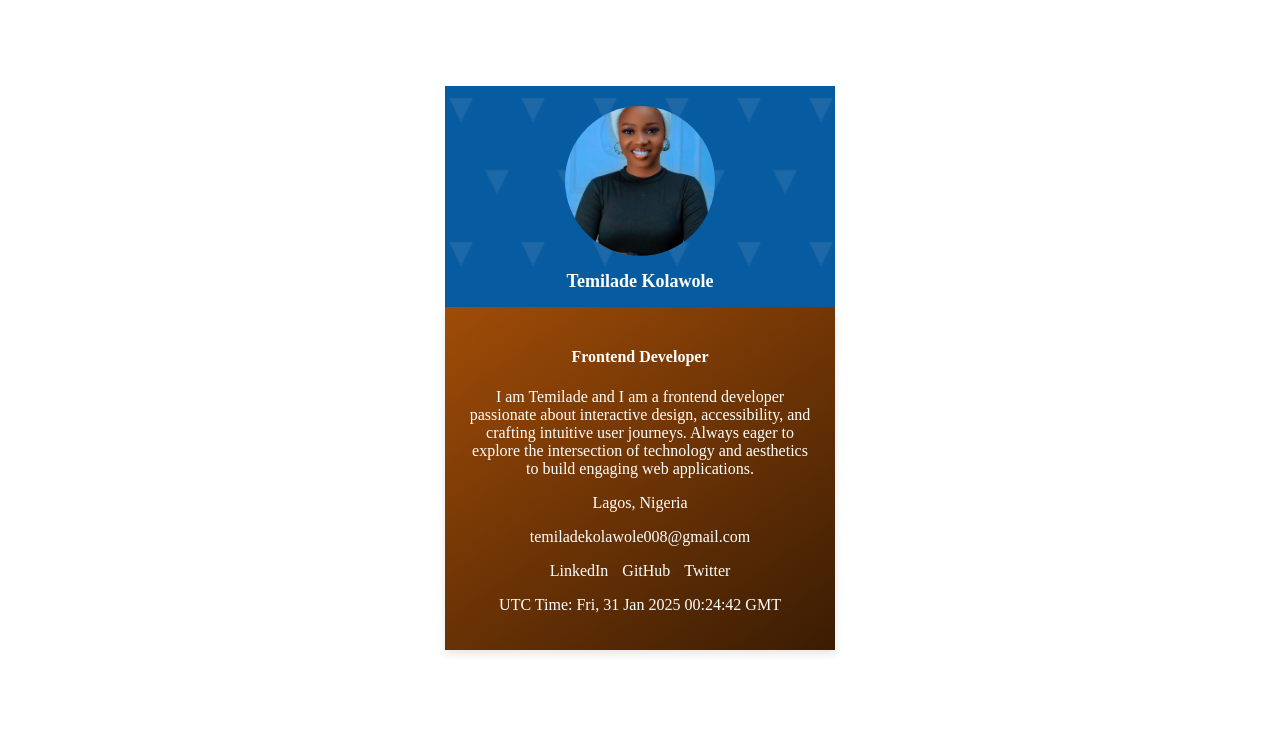
Repository: KolawoleTemilade/ticket-guarantor
Page: profilecard/index..html
The author's editor kept a copy of each file at every save. The page is drawn from the files as they stood at one save, then again after a run of saves.
The browser window is 1280 px wide. The pictures show the whole page.

Above is the page before, as saved 2025-02-05 00:39:26.

### profilecard/index..html
<!DOCTYPE html>
<html lang="en">
<head>
    <meta charset="UTF-8">
    <meta name="viewport" content="width=device-width, initial-scale=1.0">
    <title>Profile Card</title>
    <link rel="stylesheet" href="style.css">
</head>
<body>
    <section class=" " >
        <div class="background" style="background-image: url('./asset/bgo.svg');">
            <img src="./asset/profile.jpg" alt="Profile Picture" data-testid="profilePicture">
            <h2 class="fullname" data-testid="fullName">Temilade Kolawole</h2>
        </div>
        <div class="card" >
        <h4 data-testid="jobTitle">Frontend Developer</h4>
        <p data-testid="shortBio">
            I am Temilade and I am a frontend developer passionate about interactive design,
            accessibility, and crafting intuitive user journeys. Always eager to explore
            the intersection of technology and aesthetics to build engaging web applications.
        </p>
        <p data-testid="currentLocation">Lagos, Nigeria</p>
        <p data-testid="emailAddress">
            <a href="mailto:temiladekolawole008@gmail.com" target="_blank">
                temiladekolawole008@gmail.com
            </a>
        </p>
        <div class="social-links" data-testid="socialLinks">
            <a href="https://linkedin.com/in/temiladekolawole13" target="_blank">LinkedIn</a>
            <a href="https://github.com/kolawoleTemilade" target="_blank">GitHub</a>
            <a href="https://twitter.com/temmie415" target="_blank">Twitter</a>
        </div>
        <p data-testid="currentTimeUTC" id="utcTime"></p>
    </div>
    </section>

    <script>
        // Update UTC time every second
        function updateTime() {
            const utcTime = new Date().toUTCString();
            document.getElementById('utcTime').textContent = `UTC Time: ${utcTime}`;
        }

        // Initial call and set interval
        updateTime();
        setInterval(updateTime, 1000);
    </script>
</body>
</html>

### profilecard/style.css
body {
  display: flex;
  align-items: center;
  justify-content: center;
  height: 100vh;
}

.card {
  background: #fff;
  padding: 20px;
  /* border-radius: 10px; */
  box-shadow: 0 4px 8px rgba(0, 0, 0, 0.1);
  text-align: center;
  max-width: 350px;
  width: 100%;
  background: linear-gradient(145deg, #A04C07, #3A1C03);
}
.card p, .card h4{
  color: #fff;
}
.background {
  width: 100%;
  padding: 0;
  display: flex;
  flex-direction: column;
  justify-content: center;
  align-items: center;
}
img {
  width: 150px;
  height: 150px;
  border-radius: 50%;
  object-fit: cover;
  margin-top: 20px;
}
a {
  margin: 0 5px;
  text-decoration: none;
  color: white;
}
.fullname {
  color: #fff;
  font-size: large;
}

After the next 4 saves:
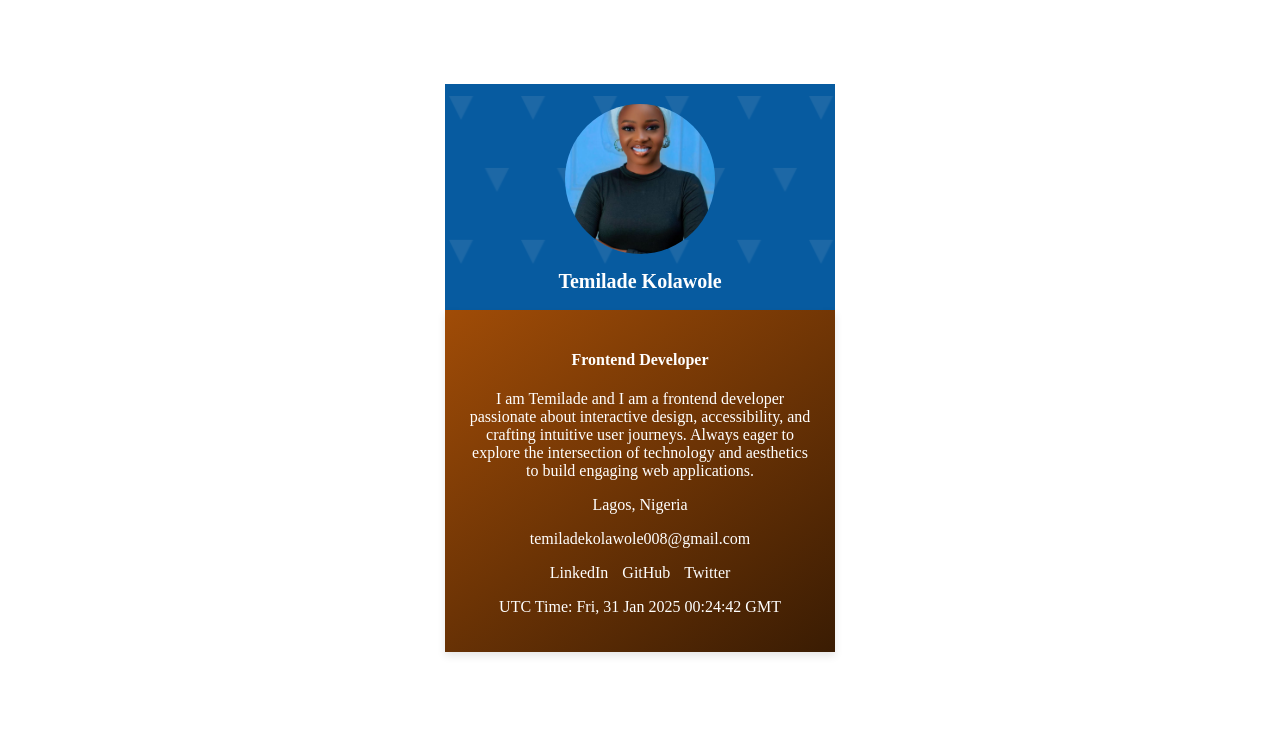
The 4 saves are shown as one change because they came seconds apart.
The last was saved 15 s later.
--- a/profilecard/style.css
+++ b/profilecard/style.css
@@ -40,5 +40,5 @@ a {
 }
 .fullname {
   color: #fff;
-  font-size: large;
+  font-size: 20px;
 }
